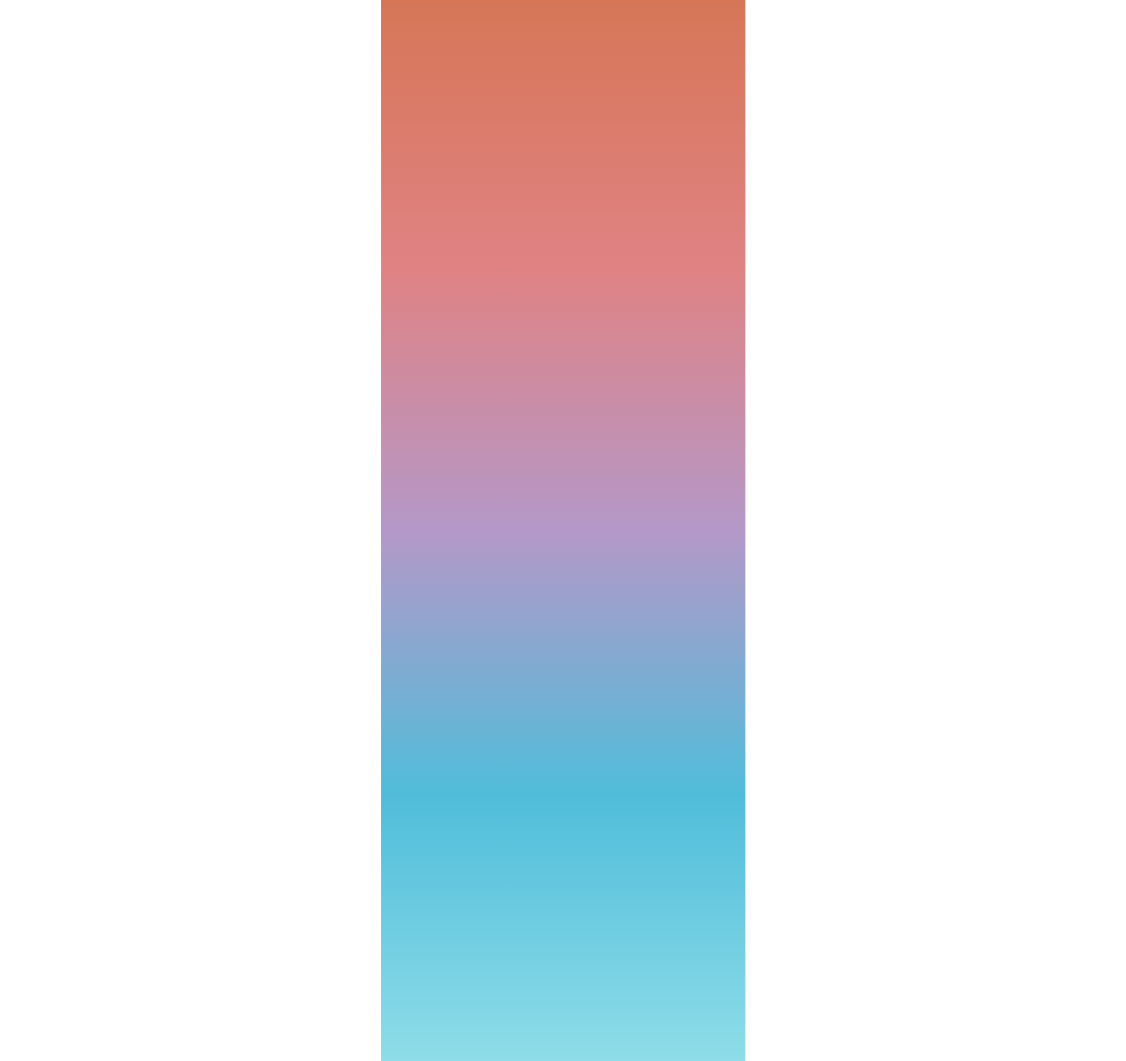
Repository: zoelake/DCDmidterm
Page: page1/index.html
The author's editor kept a copy of each file at every save. The page is drawn from the files as they stood at one save, then again after the next save.
The browser window is 1280 px wide. The pictures show the whole page, at 88% of full size.

Above is the page before, as saved 2021-03-05 16:57:14.

After the next save:
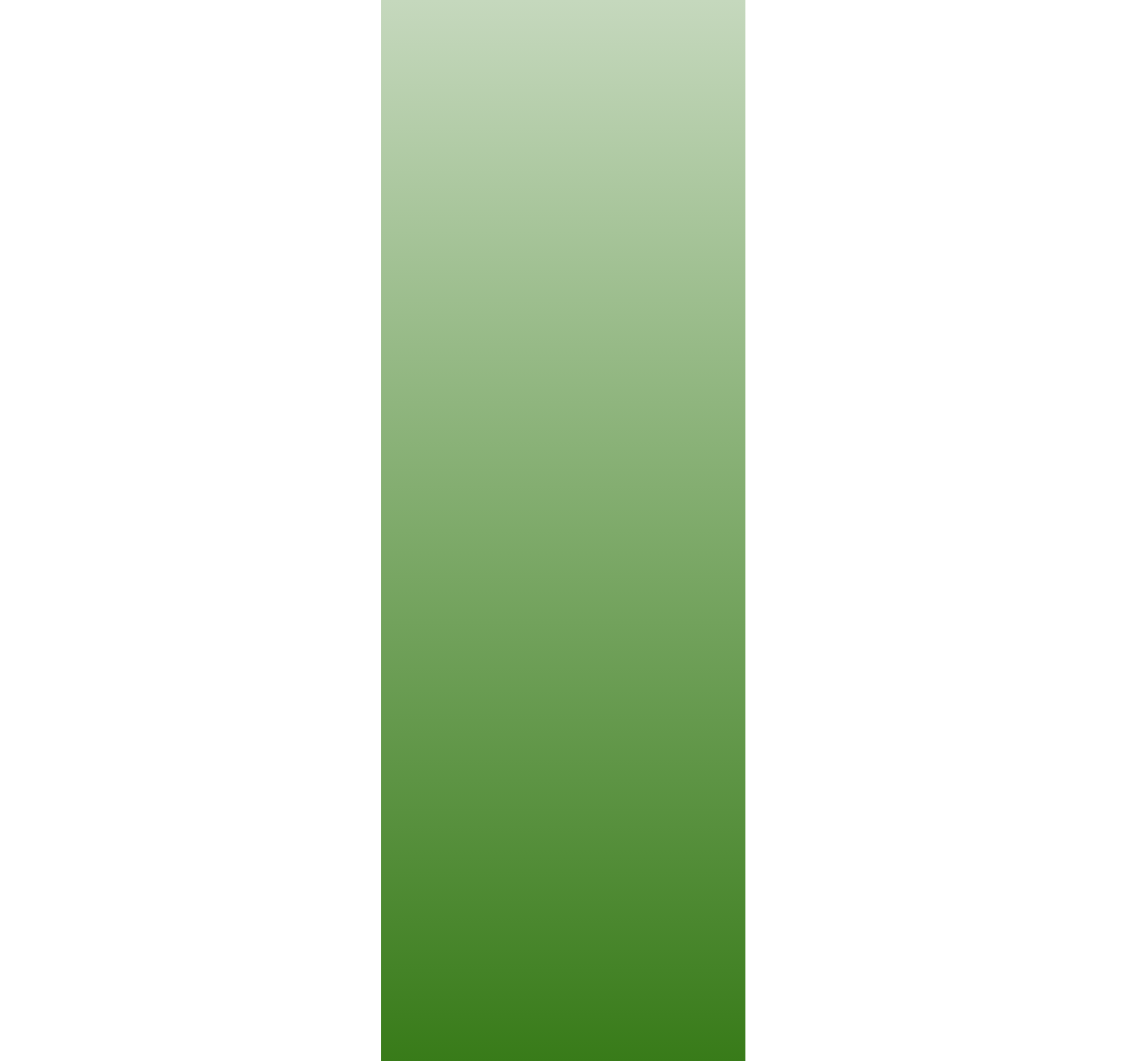
Saved 16 s later.
--- a/page1/style.css
+++ b/page1/style.css
@@ -14,7 +14,7 @@
     width: 414px;
     height: 2411px;
     align-self: center;
-    background-image: linear-gradient(#65A9D9, #A7D4E9, #C5D8BD, #7EAA6A, #D67657, #E08283, #B498C8, #50BDDA, #8EDDE8);
+    background-image: linear-gradient(#65A9D9, #A7D4E9, #C5D8BD, #7EAA6A, #387B19);
   }
 
   .facts {

After the save that followed:
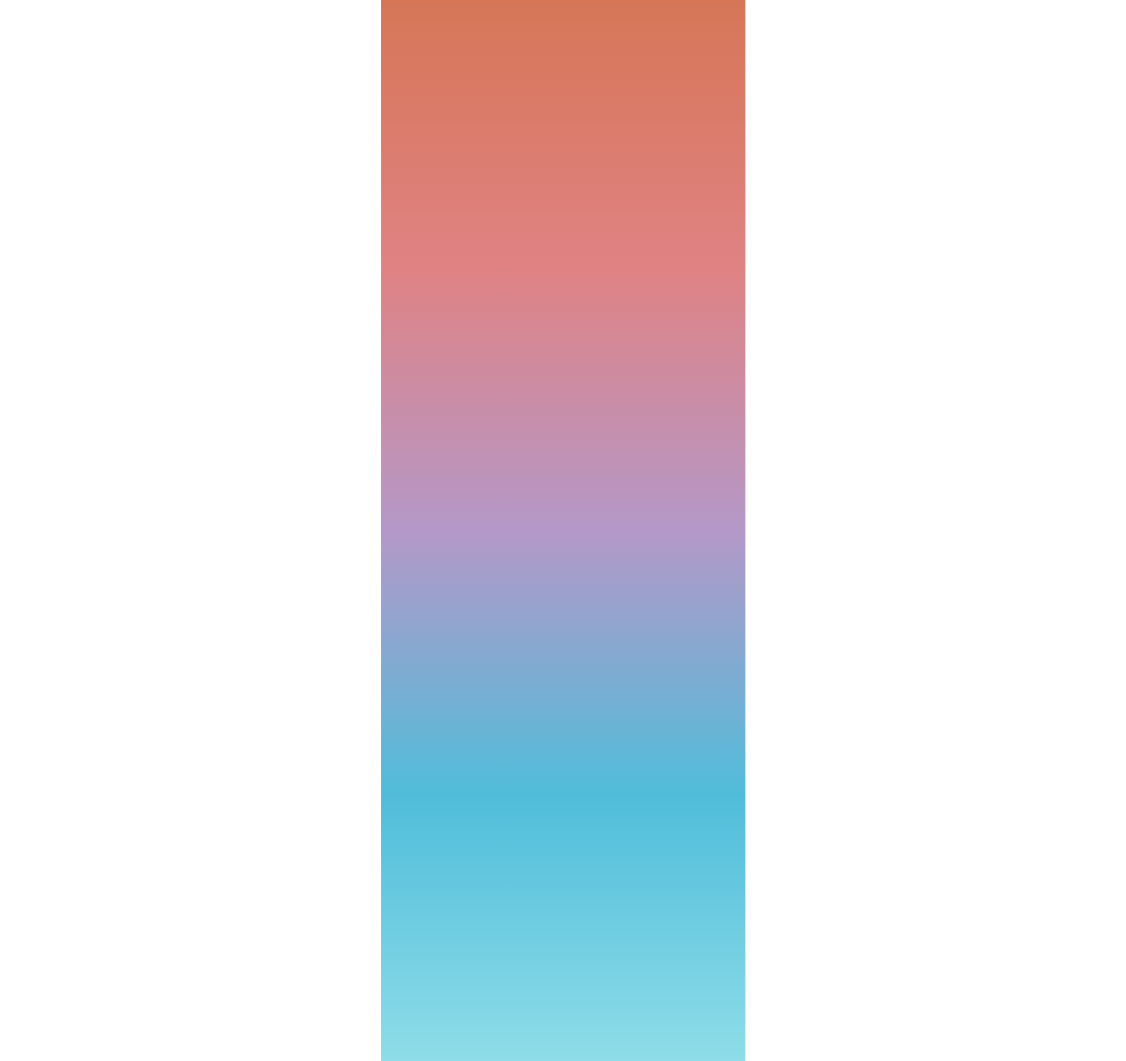
Saved 57 s later.
--- a/page1/style.css
+++ b/page1/style.css
@@ -1,29 +1,29 @@
 html, body {
-    margin:0;
-    /* overflow-y: hidden; */
-  }
+  margin:0;
+  /* overflow-y: hidden; */
+}
 
-  body {
-    display: flex;
-    justify-content: center;
-    align-items: center;
-  }
+body {
+  display: flex;
+  justify-content: center;
+  align-items: center;
+}
 
-  #main{
-    position: absolute;
-    width: 414px;
-    height: 2411px;
-    align-self: center;
-    background-image: linear-gradient(#65A9D9, #A7D4E9, #C5D8BD, #7EAA6A, #387B19);
-  }
+#main{
+  position: absolute;
+  width: 414px;
+  height: 2411px;
+  align-self: center;
+  background-image: linear-gradient(#57A0D6, #367A17, #DAE9B0, #EBE790, #D67657, #E08283, #B498C8, #50BDDA, #8EDDE8);
+}
 
-  .facts {
-    display: flex;
-    align-items: center;
-    justify-content: center;
-    margin: 50px;
-  }
+.facts {
+  display: flex;
+  align-items: center;
+  justify-content: center;
+  margin: 50px;
+}
 
-  #wrap {
-    margin-bottom: 30px;
-  }
+#wrap {
+  margin-bottom: 30px;
+}
